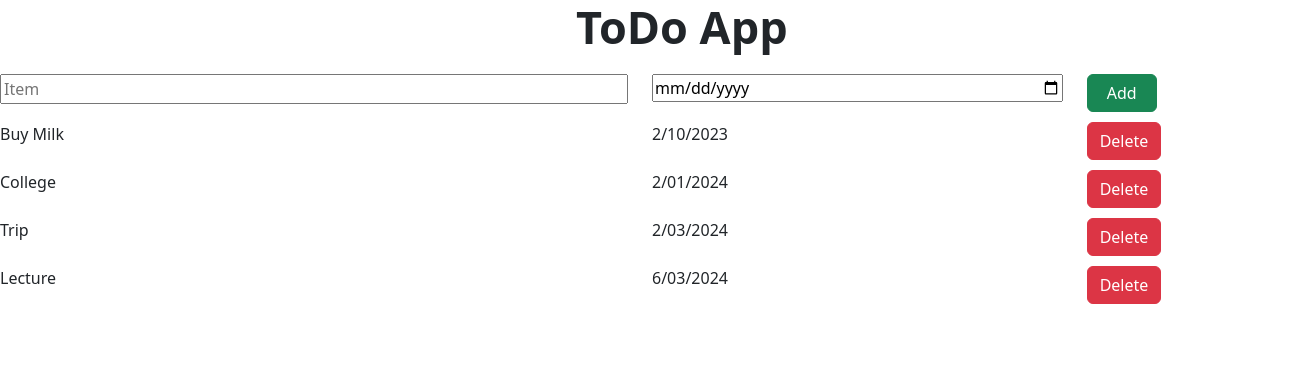
Repository: aditya-jha-kumar/To-Do-List-ReactApp
Page: /
The author's editor kept a copy of each file at every save. The page is drawn from the files as they stood at one save, then again after a run of saves.
The browser window is 1280 px wide. The page is 1292 px wide, then 1280 px, then 1292 px, so the pictures cover 1292 px, including what lies to the right of the window. The pictures show the whole page.
The project was rebuilt for these pictures with package versions that can differ from the ones it lists, and the page was loaded fresh each time. Also part of the build but not shown: vite.config.js.

Above is the page before, as saved 2023-12-10 02:45:46.

After the next 6 saves:
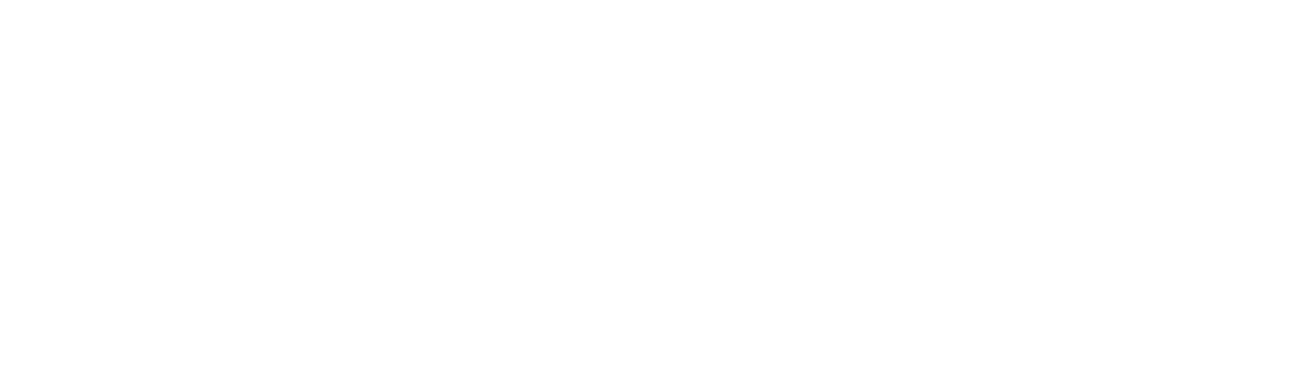
Console error: ReferenceError: WelcomeMessage is not defined
The 6 saves are shown as one change because they came seconds apart.
The last was saved 22 s later.
--- a/src/App.jsx
+++ b/src/App.jsx
@@ -35,6 +35,7 @@
     <div>
       <AppName></AppName>
       <AddToDo onNewItem={handleNewItem}></AddToDo>
+      <WelcomeMessage></WelcomeMessage>
       <TodoItems todoItems={todoItems}></TodoItems>
     </div>
   );

After the 5 saves that followed:
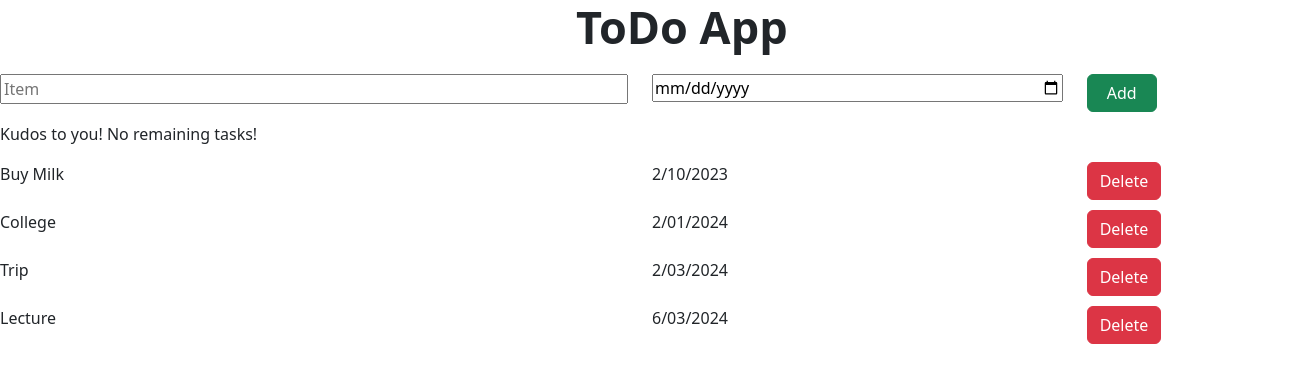
The error is gone.
The 5 saves are shown as one change because they came seconds apart.
The last was saved 9 s later.
--- a/src/App.jsx
+++ b/src/App.jsx
@@ -1,5 +1,6 @@
 import AppName from "./components/AppName";
 import AddToDo from "./components/AddToDo";
+import WelcomeMessage from "./components/WelcomeMessage";
 import TodoItems from "./components/TodoItems";
 import "./App.css";
 import { useState } from "react";
